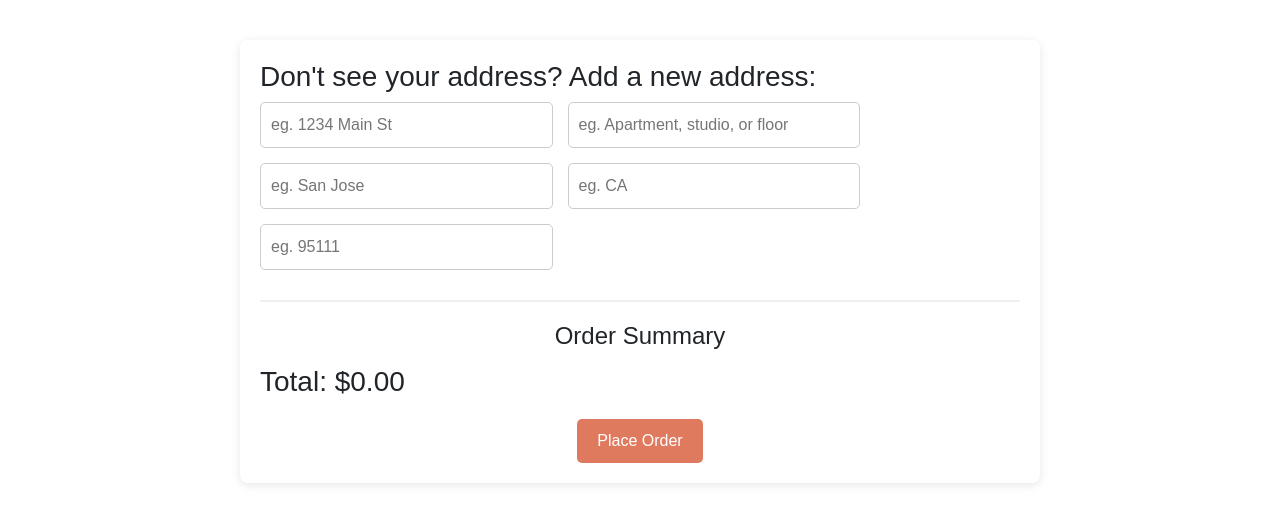
Repository: chelseajaculina/lab2-uber-eats
Page: /order (app in frontend/)
These files come from the project's save history. The page is drawn as it stood at one moment and after the next save; the edit follows.
The browser window is 1280 px wide. The pictures show the whole page.
The page's requests for data from a server got no answer. The project was rebuilt for these pictures with package versions that can differ from the ones it lists, and the page was loaded fresh each time. No one was signed in, and anything a server would have sent is missing. Also part of the build but not shown: frontend/src/components/Home.css, frontend/src/components/Logout.css, frontend/src/components/Logout.js, frontend/src/components/CartModal.css, frontend/src/components/CartModal.js, frontend/src/components/NavBarHome.js, frontend/src/components/Home.js, frontend/src/components/CustomerSignUp.js and 25 more.

Above is the page before, as saved 2024-11-21 17:12:58.

After the next save:
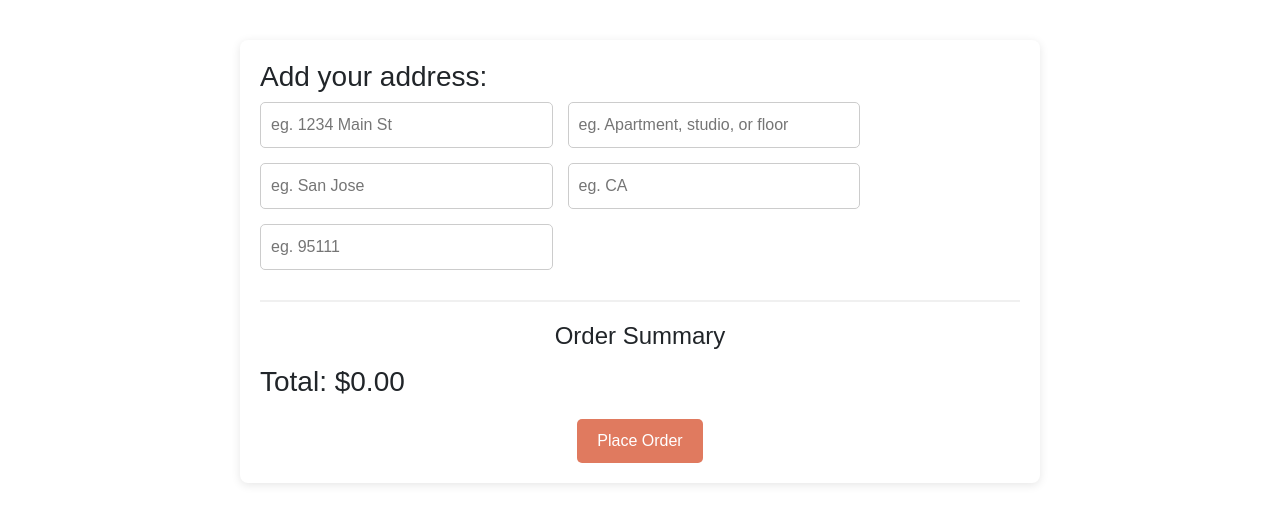
Saved 6 s later.
--- a/frontend/src/components/OrderPage.js
+++ b/frontend/src/components/OrderPage.js
@@ -50,7 +50,7 @@ const OrderPage = () => {
   return (
     <div className="order-page">
 
-      <h3>Don't see your address? Add a new address:</h3>
+      <h3>Add your address:</h3>
       <form className="new-address-form">
         <input type="text" name="street" placeholder="eg. 1234 Main St" />
         <input type="text" name="apartment" placeholder="eg. Apartment, studio, or floor" />
